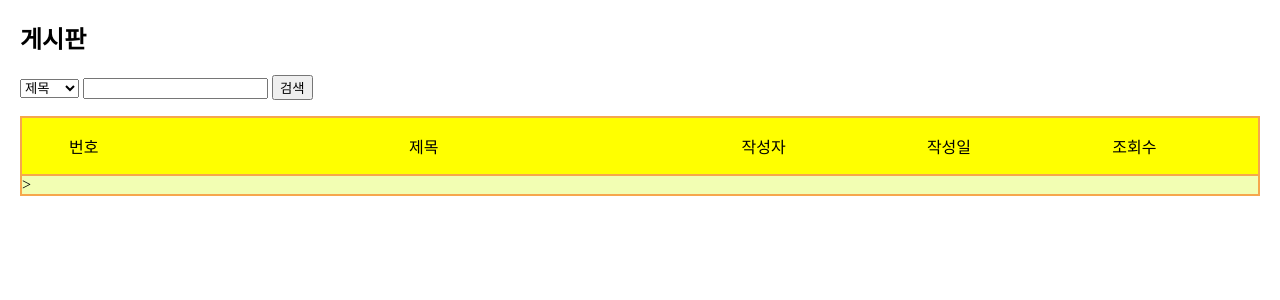
Repository: anydevil0812/board_subject
Page: http://localhost/board/main.jsp
These files come from the project's save history. The page is drawn as it stood at one moment and after the next save; the edit follows.
The browser window is 1280 px wide. The pictures show the whole page.
The page is served by Tomcat 9.

Above is the page before, as saved 2024-10-25 04:41:33.

After the next save:
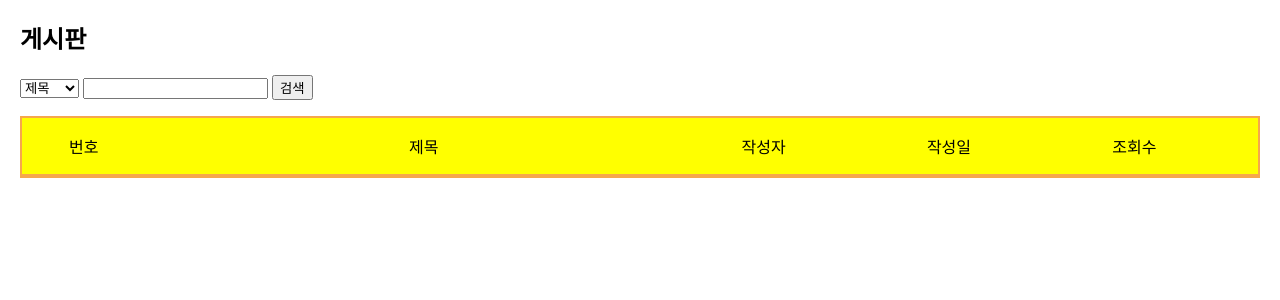
Saved 24 s later.
--- a/board/src/main/webapp/main.jsp
+++ b/board/src/main/webapp/main.jsp
@@ -57,7 +57,7 @@
 	            <dd>${dto.date}</dd>
 	            <dd>${dto.count}</dd>
 	        </dl>
-        </c:forEach>>
+        </c:forEach>
     </div>
     <c:forEach var="post" items="${posts}">
         <div class="forward">
